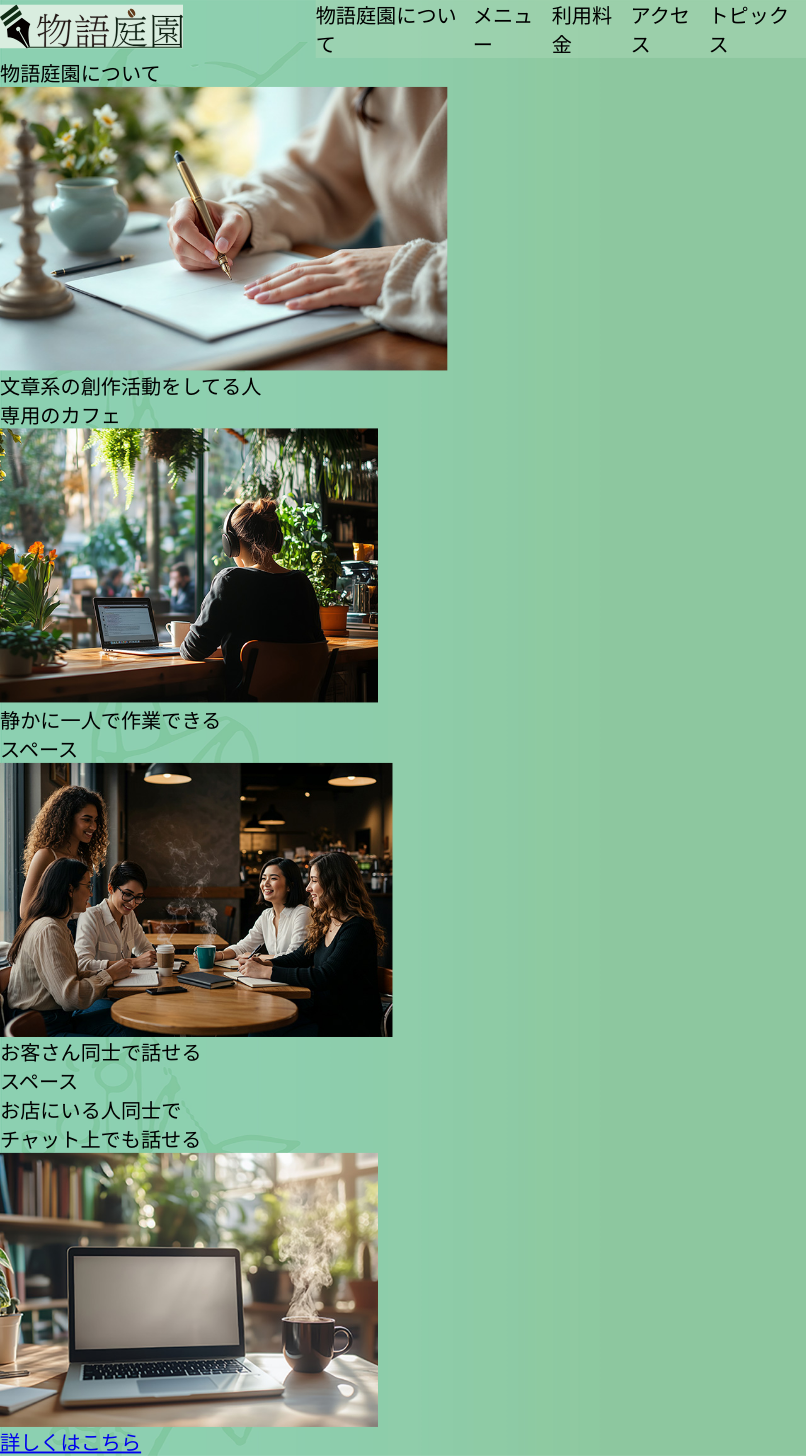
Repository: saka-kou/GardenStory
Page: index.html
An editor plug-in stored every save of this project. The page is shown before and after the next save, followed by the edit.
The browser window is 1280 px wide. The pictures show the whole page, at 63% of full size.
Some web fonts or font styles are not loaded; a fallback is used.

Above is the page before, as saved 2025-07-23 17:31:03.

After the next save:
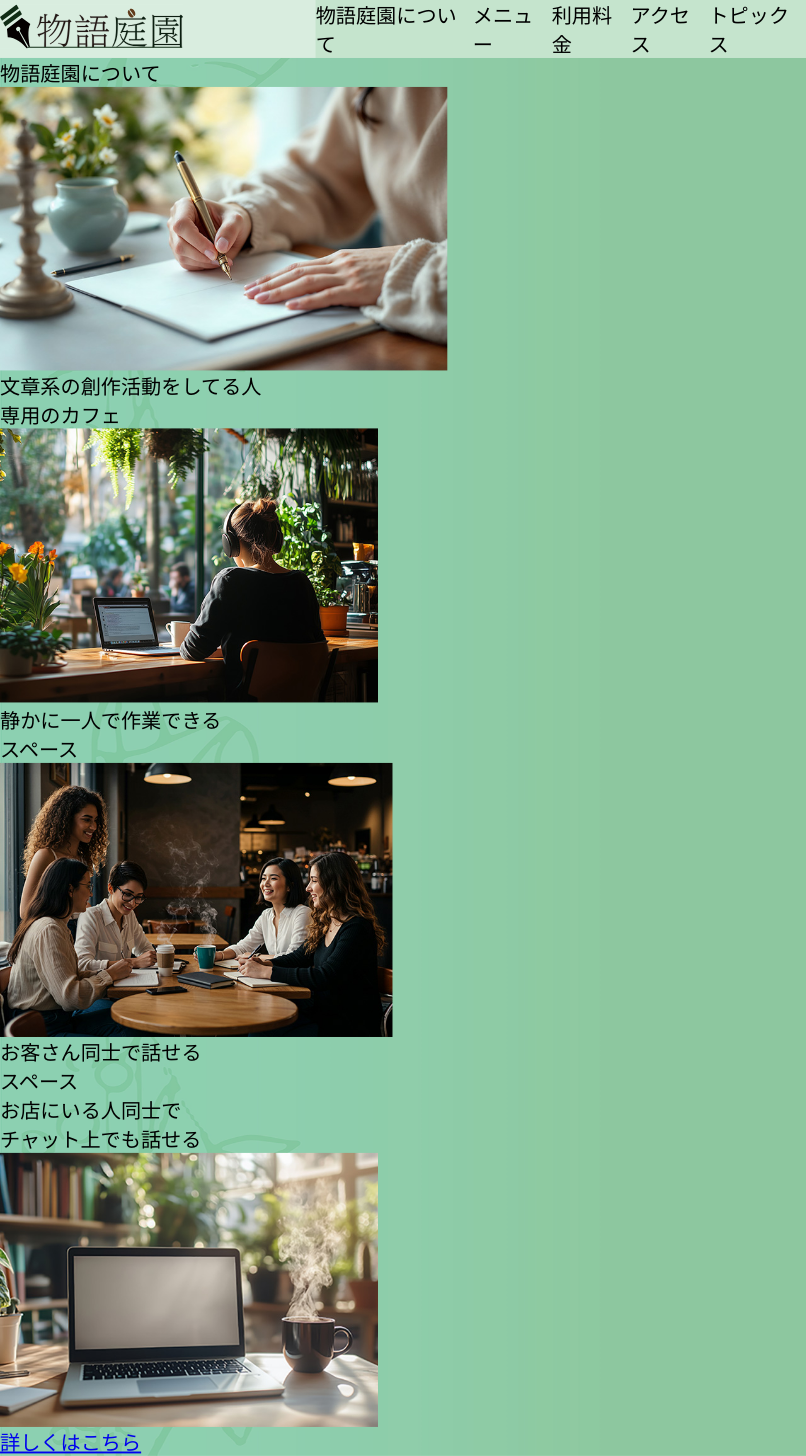
Saved 69 s later.
--- a/css/index.css
+++ b/css/index.css
@@ -10,6 +10,7 @@ header{
     display: flex;
     align-items: center;
     justify-content: space-between;
+    background: #D9EDDF;
     gap: 210px;
 }
 #gnavi{
